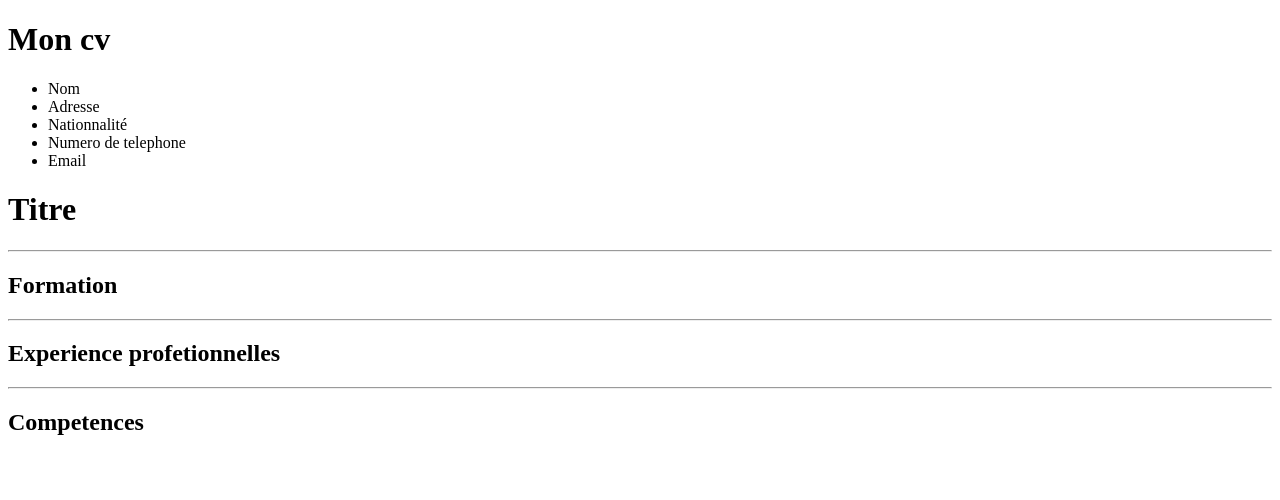
Repository: lamdakara/cv-html
Page: index.html
The author's editor kept a copy of each file at every save. The page is drawn from the files as they stood at one save, then again after the next save.
The browser window is 1280 px wide. The pictures show the whole page.

Above is the page before, as saved 2023-08-22 00:37:45.

### index.html
<!DOCTYPE html>
<html lang="fr">
<head>
    <meta charset="UTF-8">
    <meta name="viewport" content="width=device-width, initial-scale=1.0">
    <title>Cv-html-Sekouba</title>
</head>
<body>
    <h1>Mon cv</h1>
    <ul>
        <li>Nom</li>
        <li>Adresse</li>
        <li>Nationnalité</li>
        <li>Numero de telephone</li>
        <li>Email</li>
    </ul>
    <!-- titre h1 -->
    <h1>Titre</h1>

    <hr>
    <h2>Formation</h2>

    <hr>
    <h2>Experience profetionnelles</h2>

    <hr>
    <h2>Competences</h2>
</body>
</html>

After the next save:
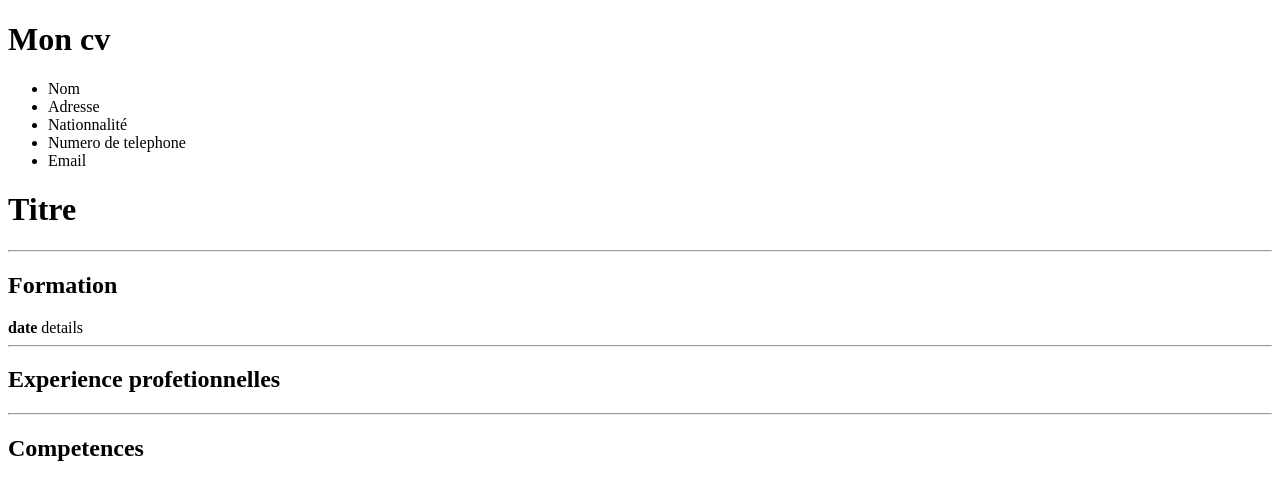
Saved 117 s later.
--- a/index.html
+++ b/index.html
@@ -19,6 +19,8 @@
 
     <hr>
     <h2>Formation</h2>
+    <strong>date</strong>
+    <span>details</span>
 
     <hr>
     <h2>Experience profetionnelles</h2>
